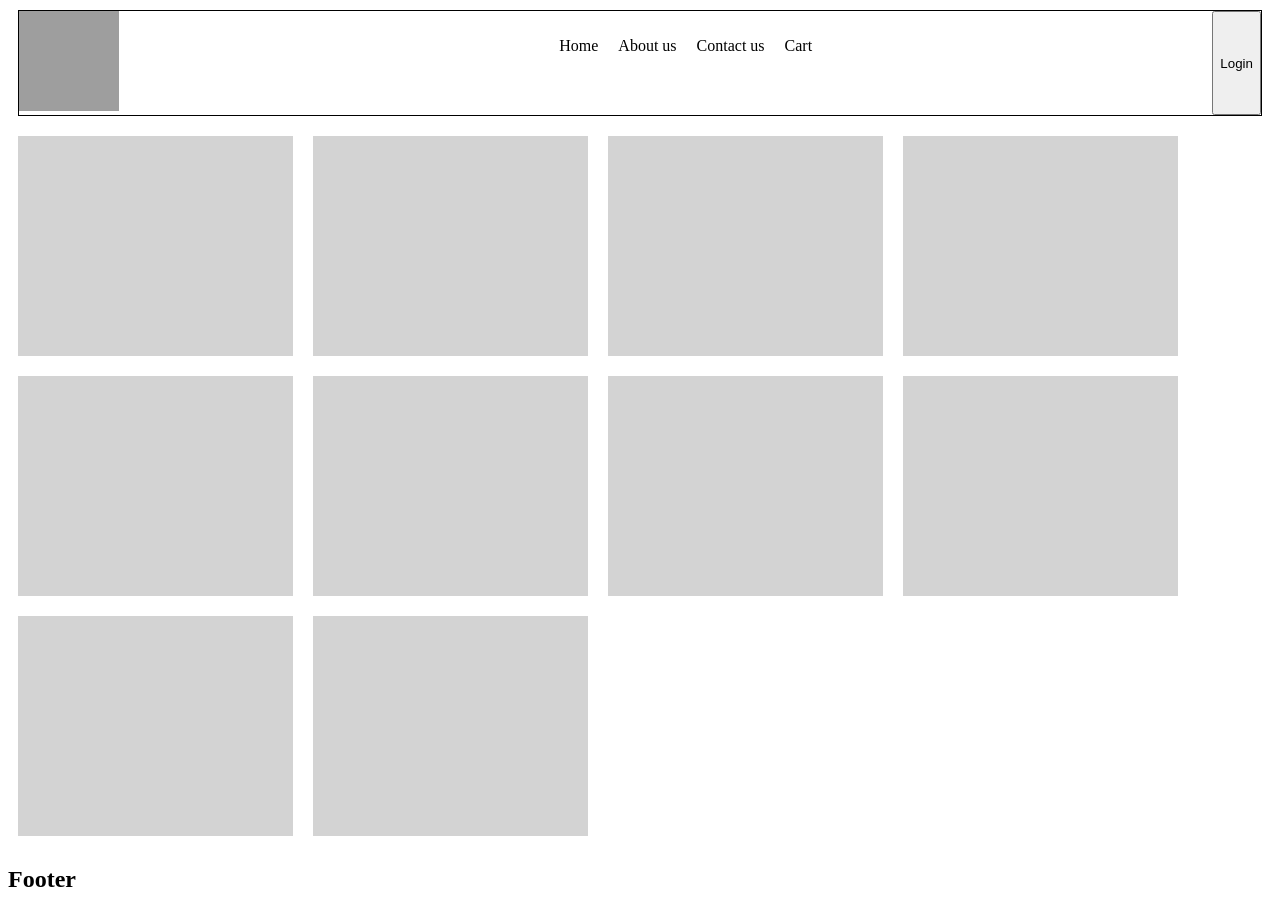
Repository: shivamv97/FOOD-VILLA-APP
Page: /
The author's editor kept a copy of each file at every save. The page is drawn from the files as they stood at one save, then again after the next save.
The browser window is 1280 px wide. The pictures show the whole page.
Pictures or frames that could not be fetched are drawn as grey boxes. The page's requests for data from a server got no answer. The project was rebuilt for these pictures with package versions that can differ from the ones it lists, and the page was loaded fresh each time. No one was signed in, and anything a server would have sent is missing. Also part of the build but not shown: src/components/RestaurantCards.js, src/components/About.js, src/components/Error.js.

Above is the page before, as saved 2024-08-05 12:07:22.

After the next save:
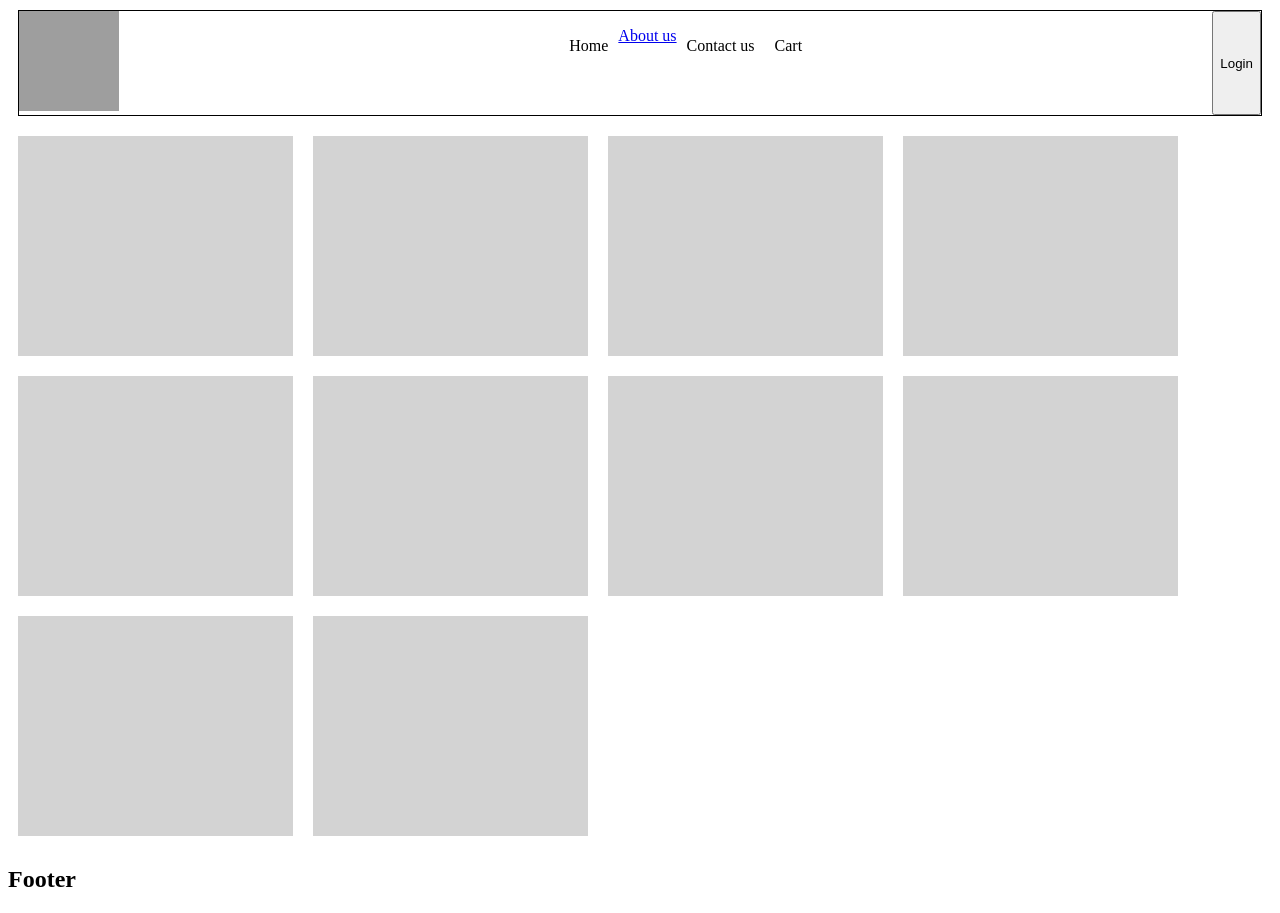
Saved 75 min 46 s later.
--- a/src/components/Title.js
+++ b/src/components/Title.js
@@ -23,7 +23,7 @@
       <div className="nav-items">
         <ul>
           <li>Home</li>
-          <li>About us</li>
+          <a href="/about">About us</a>
           <li>Contact us</li>
           <li>Cart</li>
         </ul>

After the 2 saves that followed:
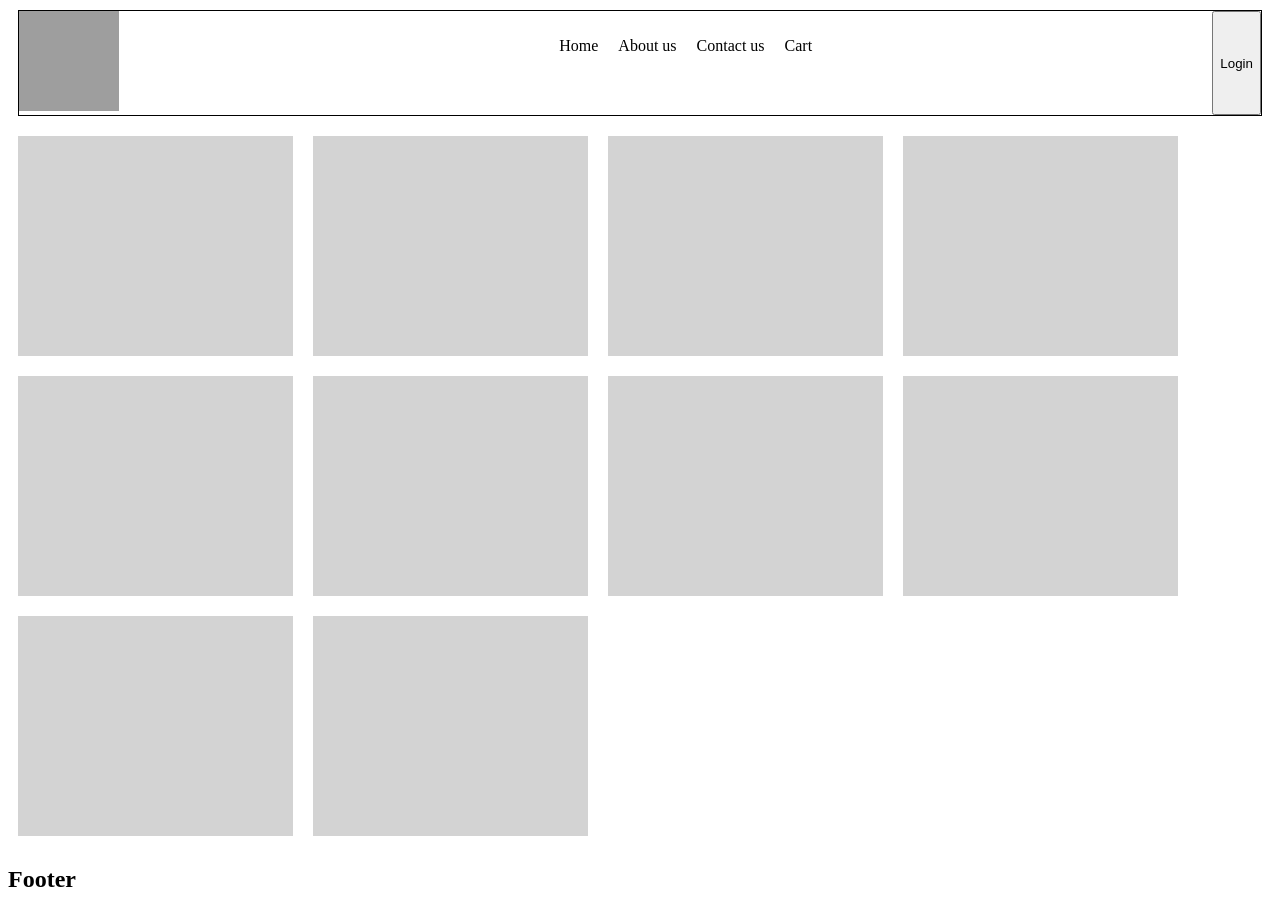
The 2 saves are shown as one change because 1 left the picture as it was.
The last was saved 106 s later.
--- a/src/components/Title.js
+++ b/src/components/Title.js
@@ -23,7 +23,7 @@
       <div className="nav-items">
         <ul>
           <li>Home</li>
-          <a href="/about">About us</a>
+          <li>About us</li>
           <li>Contact us</li>
           <li>Cart</li>
         </ul>
